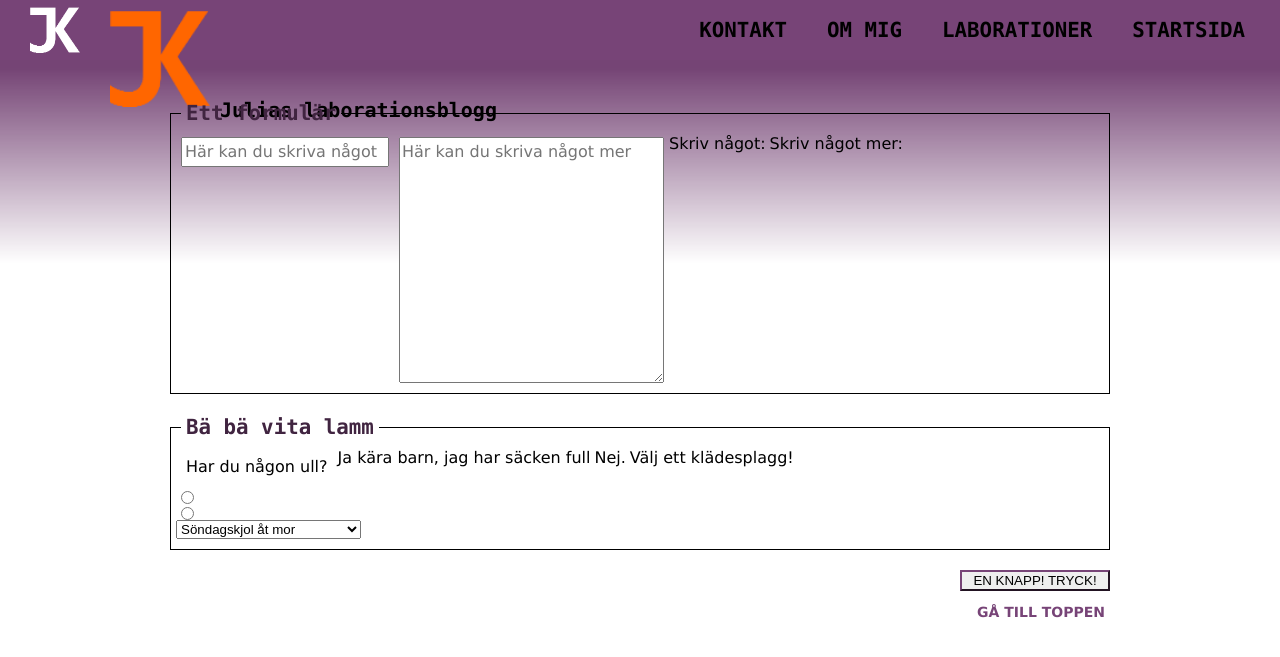
Repository: jk222rp/1ik415-laborationer-2014
Page: pages/kontakt.html
The author's editor kept a record of every edit. The page is drawn from the files as they stood at one moment, then again after the next edit.
The browser window is 1280 px wide. The pictures show the whole page.

Above is the page before.

After the next edit:
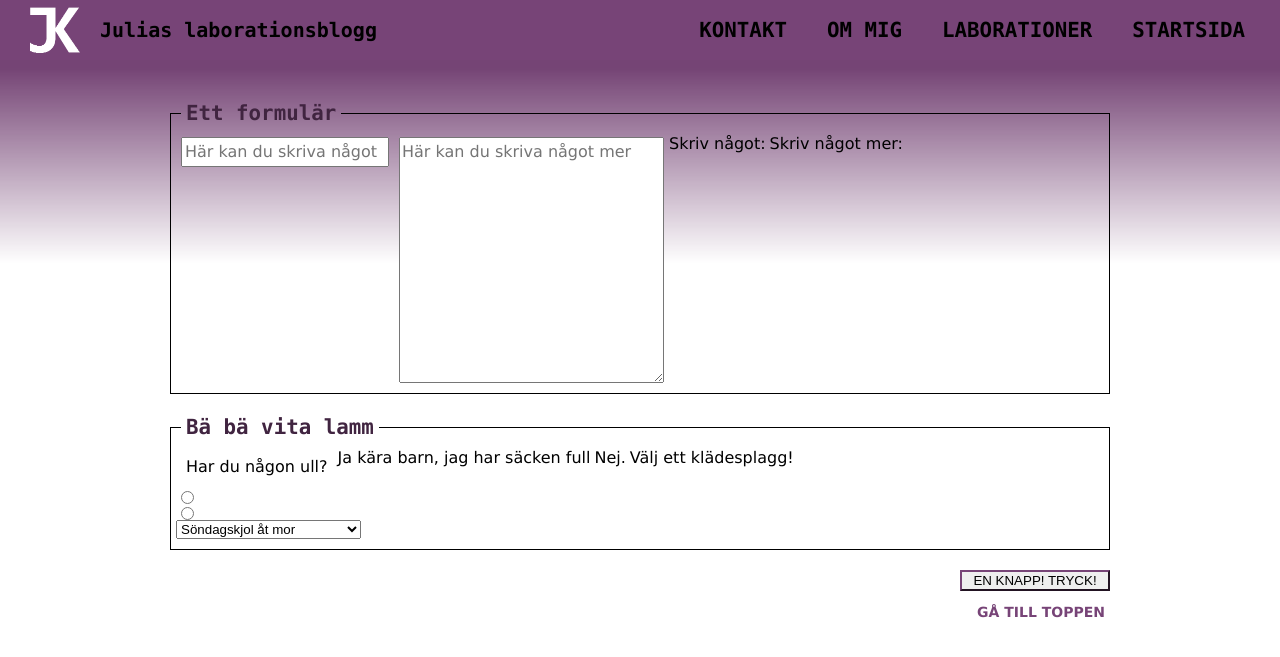
The edit:
--- a/pages/kontakt.html
+++ b/pages/kontakt.html
@@ -9,9 +9,9 @@
     <body>
         <div id="container">
 
-        <div id="header">
-        <h1><img src="pics/logotyp.png" alt="" width="100px" height="97px"/>Julias laborationsblogg</h1>
-        </div>
+            <div id="header">
+                <h1>Julias laborationsblogg</h1>
+            </div>
 
 <!--Menu-->
         <div id="nav">
